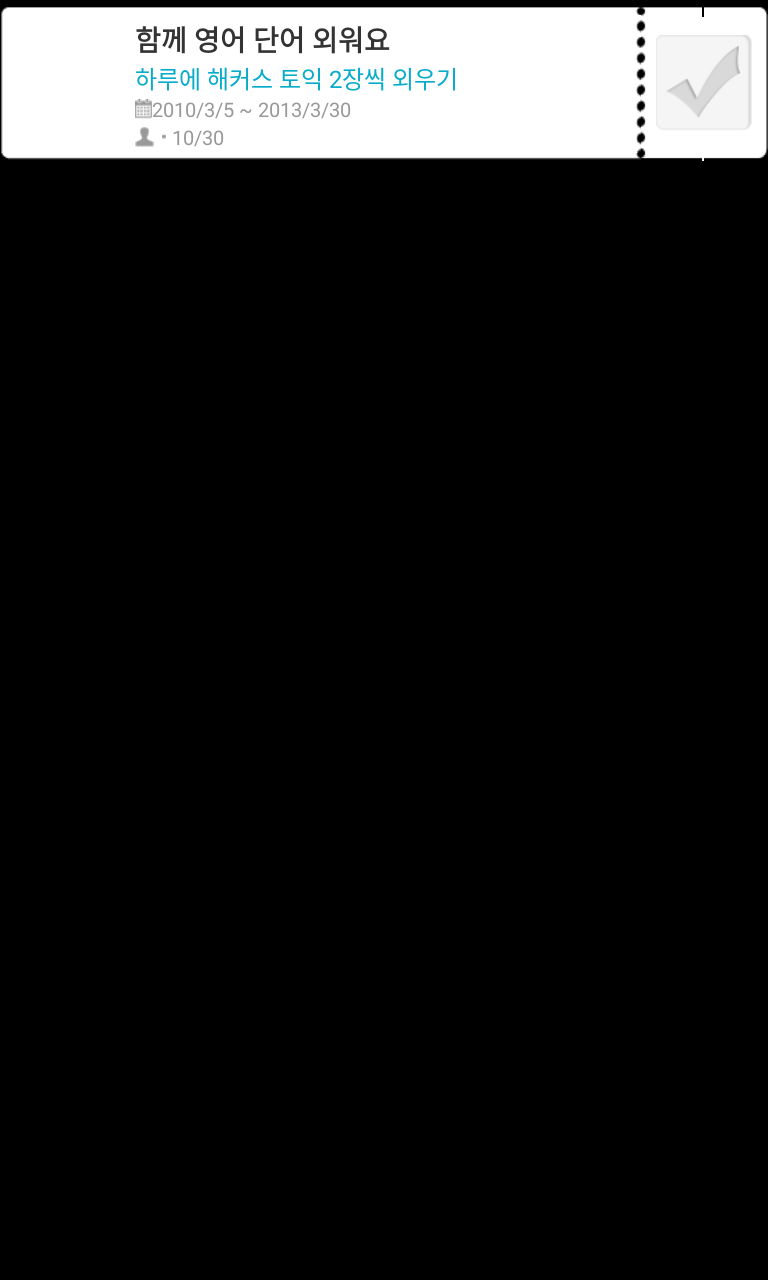
Repository: belhyun/witherest-android
Layout: Witherest/res/layout/mycheck_list_item_row.xml
The author's editor kept a copy of each file at every save. The layout is drawn from the files as they stood at one save, then again after the next save.
It is drawn on a 768 x 1280 px phone screen (xhdpi) without system bars, with theme android:Theme.Holo; the app's code is not run.

Above is the layout before, as saved 2013-07-06 09:46:19.

After the next save:
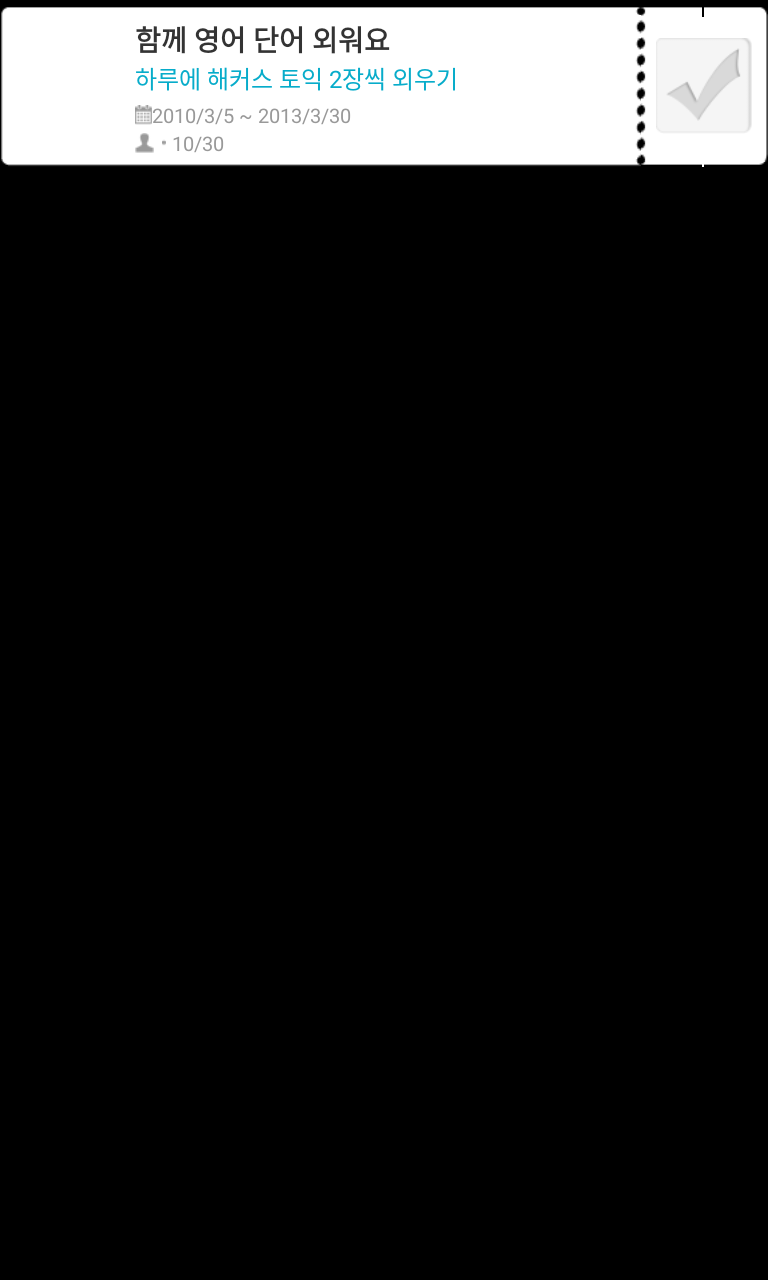
Saved 11 s later.
--- a/Witherest/res/layout/mycheck_list_item_row.xml
+++ b/Witherest/res/layout/mycheck_list_item_row.xml
@@ -70,7 +70,7 @@
                 android:layout_width="fill_parent"
                 android:layout_height="wrap_content"
                 android:layout_alignParentRight="false"
-                android:marginTop = "3dp"
+                android:layout_marginTop = "3dp"
                 android:layout_below="@id/mycheck_room_purpose_textview"
                 android:layout_toRightOf="@id/mycheck_row_thumbnail"
                 android:gravity="center_vertical"
